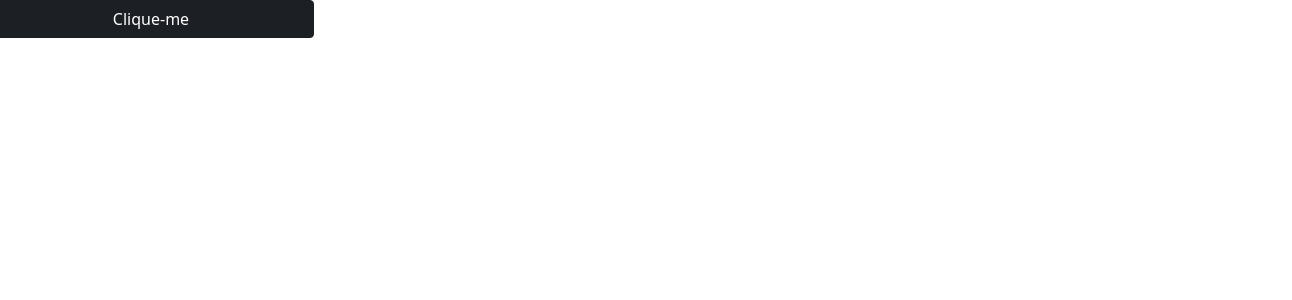
Repository: pedrosiqueira/daltonchrome
Page: popup.html
These files come from the project's save history. The page is drawn as it stood at one moment and after the next save; the edit follows.
The browser window is 1280 px wide. The page is 1292 px wide, so the pictures cover 1292 px, including what lies to the right of the window. The pictures show the whole page.

Above is the page before, as saved 2022-05-23 13:37:50.

After the next save:
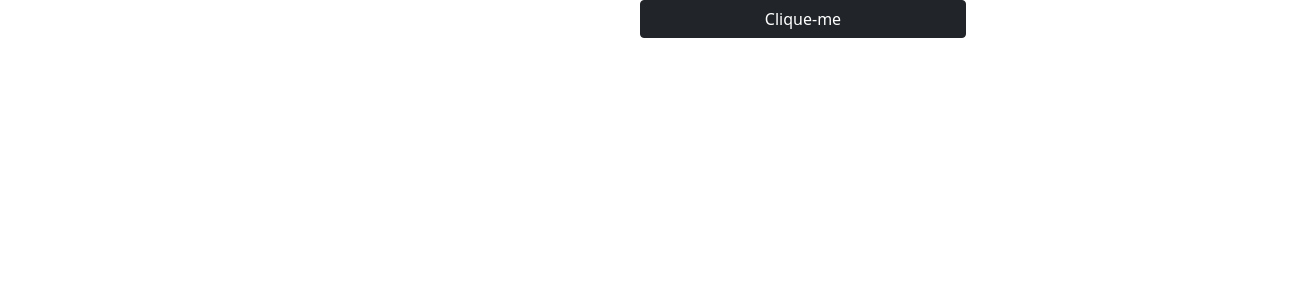
Saved 60 s later.
--- a/popup.html
+++ b/popup.html
@@ -8,7 +8,7 @@
 </head>
 
 <body class="row">
-    <button id="meubotao" type="button" class="btn btn-primary w-25 h-25 btn-dark position-relative">Clique-me</button>
+    <button id="meubotao" type="button" class="btn btn-primary w-25 h-25 btn-dark top-50 start-50  position-relative">Clique-me</button>
 
     <script src="js/vendor/jquery-3.6.0.min.js"></script>
     <script src="js/vendor/bootstrap.bundle.min.js"></script>

After the 3 saves that followed:
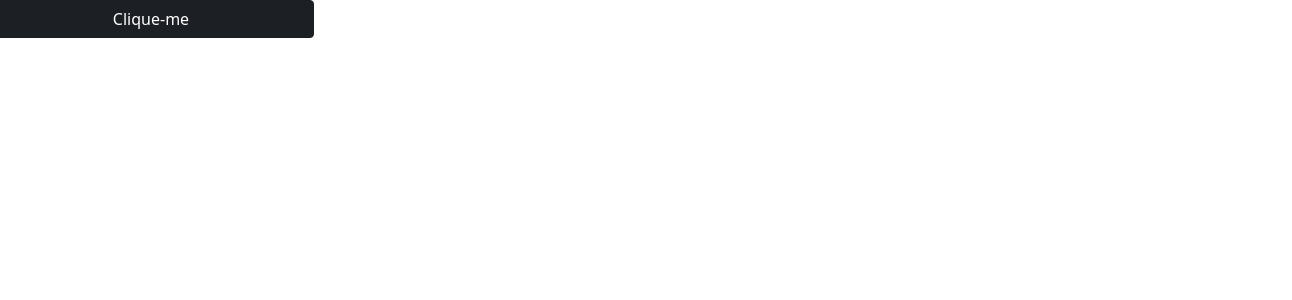
The 3 saves are shown as one change because 1 left the picture as it was and some came seconds apart.
The last was saved 25 s later.
--- a/popup.html
+++ b/popup.html
@@ -8,7 +8,7 @@
 </head>
 
 <body class="row">
-    <button id="meubotao" type="button" class="btn btn-primary w-25 h-25 btn-dark top-50 start-50  position-relative">Clique-me</button>
+    <button id="meubotao" type="button" class="btn btn-primary w-25 h-25 btn-dark top-50 start-50 bottom-50 end-50">Clique-me</button>
 
     <script src="js/vendor/jquery-3.6.0.min.js"></script>
     <script src="js/vendor/bootstrap.bundle.min.js"></script>
